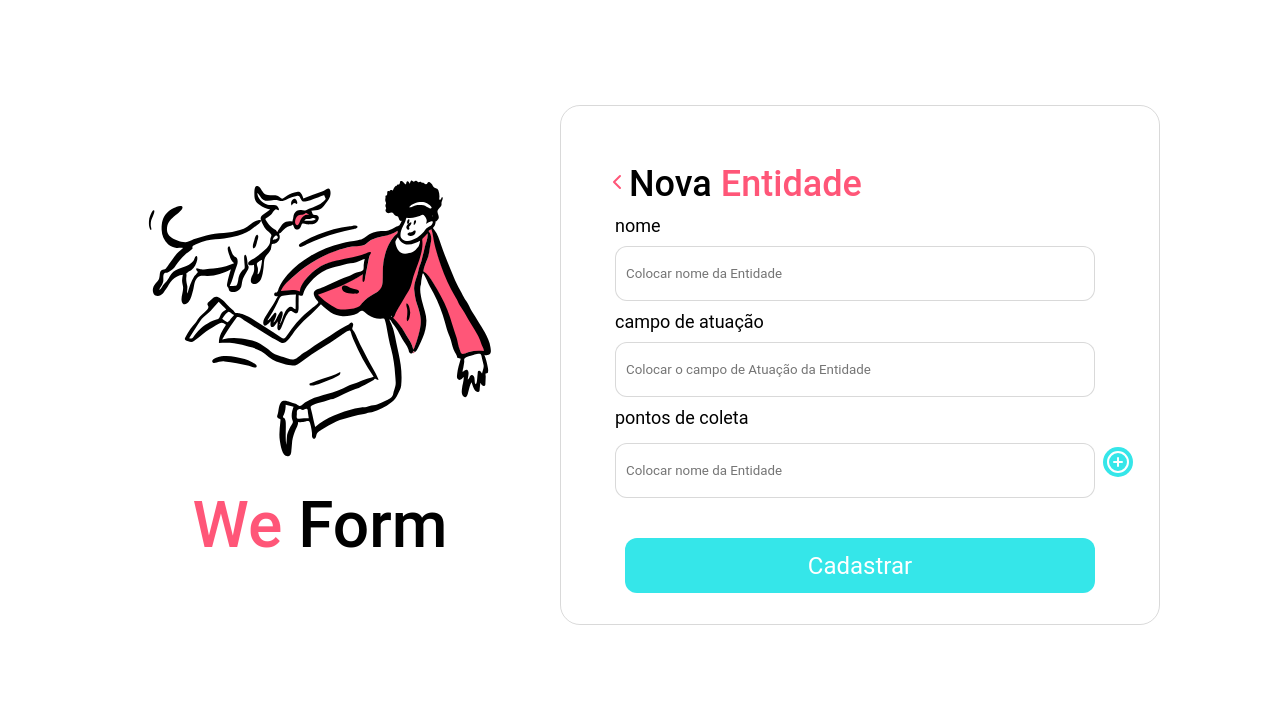
Repository: guilhermecardoso93/we-form
Page: nova-entidade.html
An editor plug-in stored every save of this project. The page is shown before and after the next save, followed by the edit.
The browser window is 1280 px wide. The pictures show the whole page.
Some web libraries are served in a nearby version.

Above is the page before, as saved 2024-06-09 18:31:01.

### nova-entidade.html
<!DOCTYPE html>
<html lang="pt-BR">

    <head>
        <meta charset="UTF-8">
        <meta name="viewport" content="width=device-width, initial-scale=1.0">
        <link rel="stylesheet"
            href="https://cdnjs.cloudflare.com/ajax/libs/font-awesome/5.13.1/css/all.min.css">
        <link rel="stylesheet" href="./styles.css">
        <title>We Form</title>
    </head>

    <body>
        <div class="content">

            <aside>
                <img src="./assets/hero.svg"
                    alt="Ilustração mulher com cachorro" />
                <h1>
                    <span>We</span> Form
                </h1>
            </aside>

            <main>
                <div class="header">
                    <a href="/">
                        <img src="./assets/arrow-back.svg" alt="seta" />
                        </a href="/">
                        <h2>Nova <span>Entidade</span></h2>
                    </div>

                    <form>
                        <label form="nome">Nome</label>
                        <input type="text"
                            placeholder="Colocar nome da Entidade" id="nome">

                        <label form="field">Campo de Atuação</label>
                        <input type="text"
                            placeholder="Colocar o campo de Atuação da Entidade"
                            id="field">

                        <div class="points-things">
                            <label form="points">Pontos de coleta</label>

                            <input type="text"
                                placeholder="Colocar nome da Entidade"
                                id="points">
                            <button>
                                <img src="./assets/plus.svg" alt />
                            </button>

                        </div>
                    </form>
                    <div class="buttons">
                        <button>
                            <a href="http://">Cadastrar </a>
                        </div>

                    </main>
                </div>
            </body>

        </html>

### styles.css
* {
  padding: 0;
  margin: 0;
  box-sizing: border-box;
  font-family: Roboto, sans-serif;
}

:root {
  font-size: 62.5%;
  --border-color: .1rem solid rgba(0, 0, 0, 0.15);
}

body {
  font-size: 1.6rem;
  text-decoration: none;
}

.content {
  display: flex;
  flex-wrap: wrap-reverse;
  align-items: center;
  justify-content: center;
  gap: 4rem;
  margin: 10.5rem 0 4rem 0;
}


aside {
  display: flex;
  flex-direction: column;
  align-items: center;
  justify-content: center;
  gap: 2rem;
}

aside h1 {
  font-size: 6.4rem;
  font-weight: 500;
  line-height: 75px;
}

aside h1>span, main h2>span {
  color: #FF5678;
}

aside img {
  width: 40rem;
}


main {
  width: 60rem;
  height: 52rem;
  border: var(--border-color);
  border-radius: 20px;
  padding: 5.7rem 4.4rem;
  position: relative;
}

main h2 {
  max-width: 43rem;
  font-size: 3.6rem;
  font-weight: 500;
}

.buttons {
  display: flex;
  flex-direction: column;
  justify-content: center;
  gap: 3.5rem;
  margin: 2rem;
}


.buttons button {
  background-color: #35e6e9;
  height: 5.5rem;
  border: none;
  border-radius: 12px;
}

.buttons button:hover {
  opacity: 0.5;
}

.buttons button a {
  text-decoration: none;
  color: #fff;
  font-size: 2.4rem;
}

.buttons button+button {
  background-color: #FF5678;
}

.footer {
  display: flex;
  flex-direction: column;
  align-items: center;
  justify-content: center;
  gap: 1rem;
}

.footer p {
  font-size: 1.6rem;
  margin-top: 8rem;
}

.footer a {
  font-size: 1.2rem;
  color: #000;
  text-decoration: none;
}

main form {
  display: flex;
  flex-direction: column;
  padding: 1rem;
}

main form input {
  width: 48rem;
  height: 5.5rem;
  background-color: #ffff;
  border: var(--border-color);
  border-radius: 12px;
  padding: 1rem;
  margin-bottom: 1rem;
}


main form label {
  font-size: 1.8rem;
  font-weight: 400;
  text-transform: lowercase;
  margin-bottom: 1rem;
  display: block;
}

.header {
  display: flex;
  align-items: center;
}

.points-things {
  display: flex;
  flex-direction: column;
  justify-content: space-between;
  align-items: start;
  gap: 0.5rem;
  position: relative;
}

.points-things button {
  display: flex;
  border: none;
  border-radius: 50px;
  height: 30px;
  width: 30px;
  align-items: center;
  justify-content: center;
  background-color: #35e6e9;
  position: absolute;
  right: -2.8rem;
  top: 4rem;

}

### assets/arrow-back.svg
<svg xmlns="http://www.w3.org/2000/svg" width="24" height="24" viewBox="0 0 24 24" fill="none" stroke="#FF5678" stroke-width="2" stroke-linecap="round" stroke-linejoin="round" class="lucide lucide-chevron-left"><path d="m15 18-6-6 6-6"/></svg>

### assets/plus.svg
<svg xmlns="http://www.w3.org/2000/svg" width="24" height="24" viewBox="0 0 24 24" fill="none" stroke="#fff" stroke-width="2" stroke-linecap="round" stroke-linejoin="round" class="lucide lucide-circle-plus"><circle cx="12" cy="12" r="10"/><path d="M8 12h8"/><path d="M12 8v8"/></svg>

After the next save:
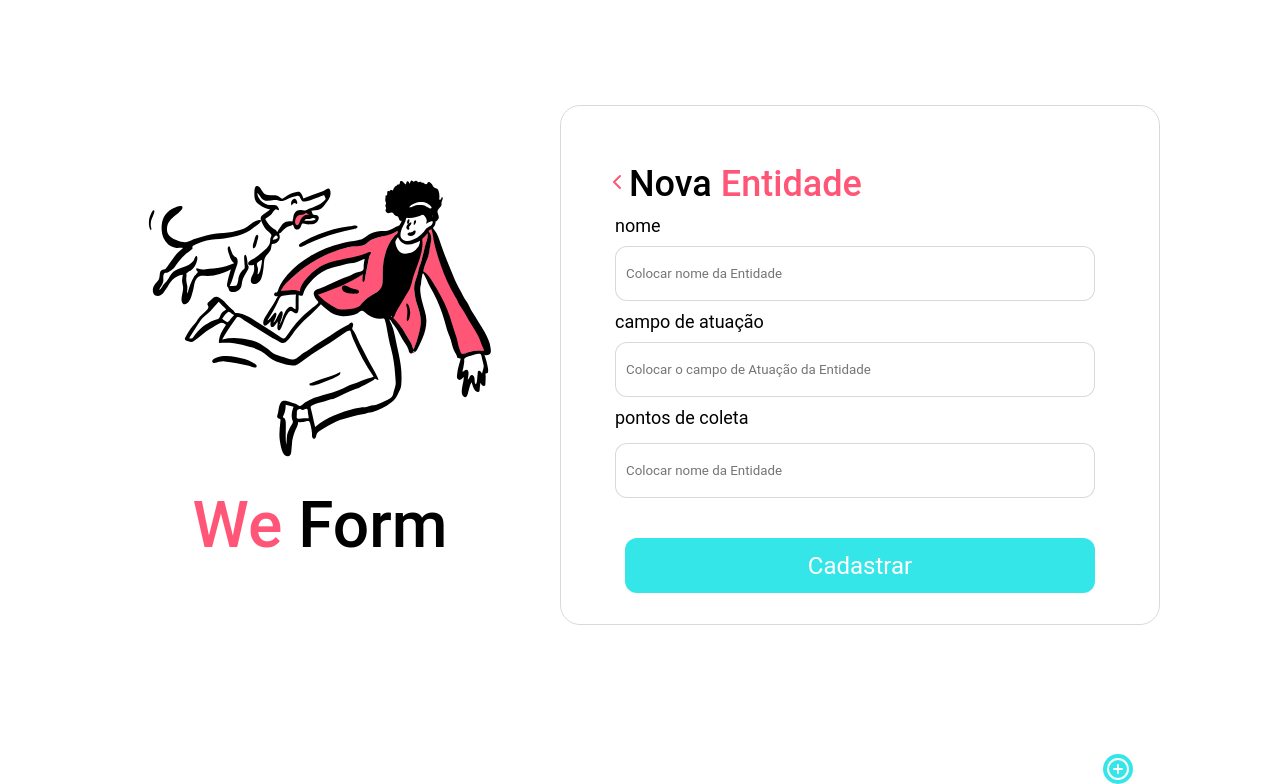
Saved 50 s later.
--- a/styles.css
+++ b/styles.css
@@ -162,6 +162,6 @@ main form label {
   background-color: #35e6e9;
   position: absolute;
   right: -2.8rem;
-  top: 4rem;
+  top: calc(2.7rem + 32rem);
 
 }
